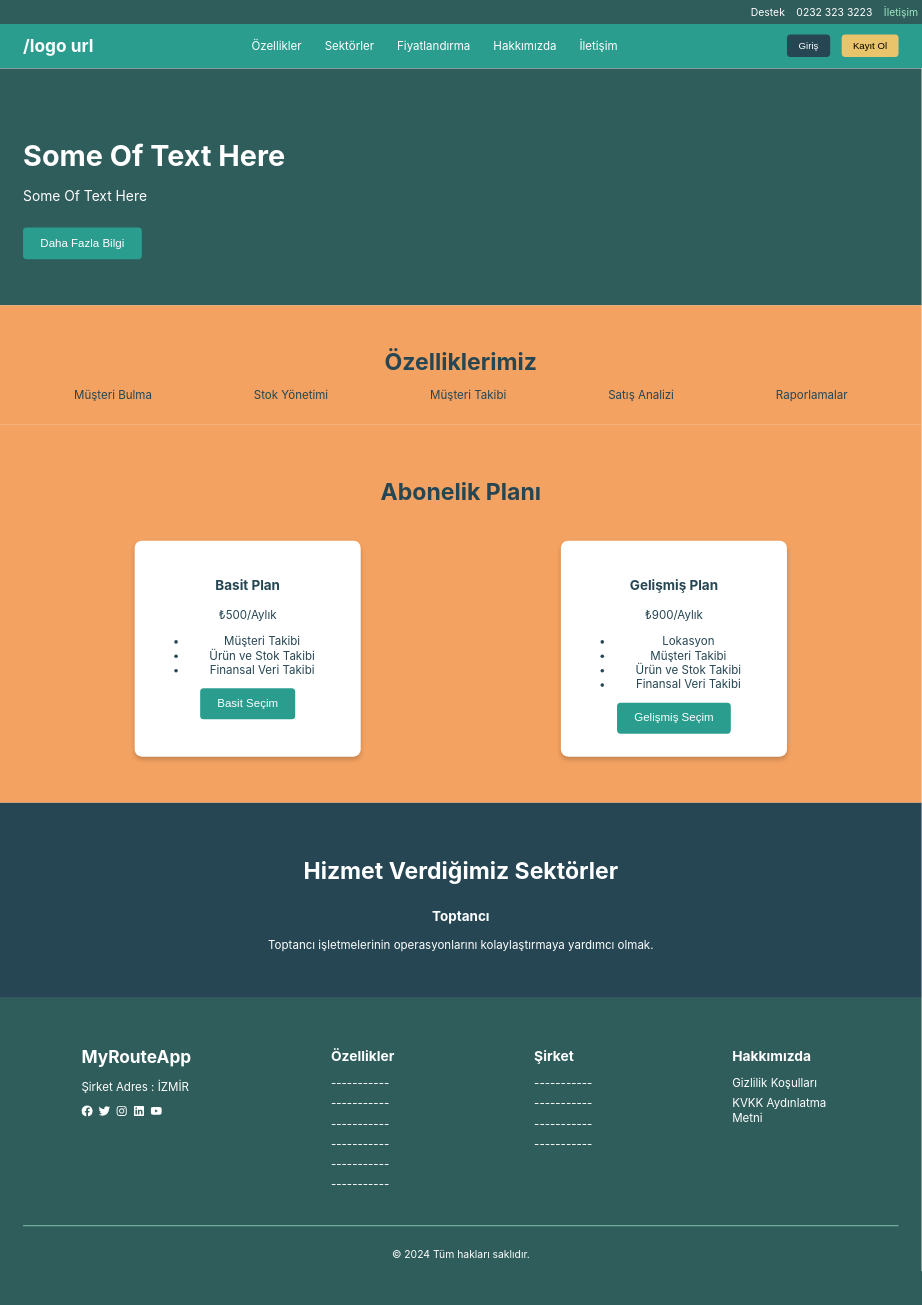
Repository: senolinanyasar/myrouteapplication
Page: /
These files come from the project's save history. The page is drawn as it stood at one moment and after the next save; the edit follows.
The browser window is 1280 px wide. The pictures show the whole page, at 72% of full size.
The project was rebuilt for these pictures with package versions that can differ from the ones it lists, and the page was loaded fresh each time. Also part of the build but not shown: vite.config.js.

Above is the page before, as saved 2024-11-14 19:46:40.

### src/App.js
import React from 'react';
import HomePage from './components/HomePage';

function App() {
  return (
    <div className="App">
      <HomePage/>
    </div>
  );
}

export default App;

### src/components/HomePage.js
// HomePage.js
import React from 'react';
import TopBar from './TopBar';
import Header from './Header';
import HeroSection from './HeroSection';
import FeaturesSection from './FeaturesSection';
import PricingSection from './PricingSection';
import IndustriesSection from './IndustriesSection';
import Footer from './Footer';

const HomePage = () => {
    return (
        <div>
            <TopBar />
            <Header />
            <HeroSection />
            <FeaturesSection />
            <PricingSection />
            <IndustriesSection />
            <Footer />
        </div>
    );
};

export default HomePage;

### src/components/TopBar.js
// TopBar.js
import React from 'react';
import './TopBar.css';

const TopBar = () => {
    return (
        <div className="top-bar">
            <div className="top-bar-content">
                <span>Destek</span>
                <span>0232 323 3223</span>
                <a href="#contact">İletişim</a>
            </div>
        </div>
    );
};

export default TopBar;

### src/components/Header.js
// Header.js
import React from 'react';
import './Header.css';

const Header = () => {
    return(
        <header className="header">
            <div className="header-logo">/logo url</div>
            <nav className="header-nav">
                <a href="#features">Özellikler</a>
                <a href="#industries">Sektörler</a>
                <a href="#pricing">Fiyatlandırma</a>
                <a href="#about">Hakkımızda</a>
                <a href='#contact'>İletişim</a>
            </nav>
            <div className="header-buttons">
                <button className="login-button">Giriş</button>
                <button className="register-button">Kayıt Ol</button>
            </div>
        </header>
    );
};


export default Header;

### src/components/HeroSection.js
// HeroSection.js
import React from 'react';
import './HeroSection.css';

const HeroSection = () =>{
    return(
        <section className="hero">
            <h1>Some Of Text Here</h1>
            <p>Some Of Text Here</p>
            <button className="cta-button">Daha Fazla Bilgi</button>
        </section>
    );
};

export default HeroSection;

### src/components/FeaturesSection.js
// FeaturesSection.js
import React from 'react';
import './FeaturesSection.css';

const FeaturesSection = () => {
    return (
        <section className="features">
            <h2>Özelliklerimiz</h2>
            <div className="features-list">
            <div className="feature-item">Müşteri Bulma</div>
            <div className="feature-item">Stok Yönetimi</div>
            <div className="feature-item">Müşteri Takibi</div>
            <div className="feature-item">Satış Analizi</div>
            <div className="feature-item">Raporlamalar</div>
            </div>
        </section>
    );
};

export default FeaturesSection;

### src/components/PricingSection.js
// PricingSection.js
import React from "react";
import './PricingSection.css';

const PricingSection = () => {
    return (
        <section className="pricing">
        <h2>Abonelik Planı</h2>
        <div className="pricing-cards">
          <div className="pricing-card">
            <h3>Basit Plan</h3>
            <p>₺500/Aylık</p>
            <ul>
              <li>Müşteri Takibi</li>
              <li>Ürün ve Stok Takibi</li>
              <li>Finansal Veri Takibi</li>
            </ul>
            <button className="cta-button">Basit Seçim</button>
          </div>
          <div className="pricing-card">
            <h3>Gelişmiş Plan</h3>
            <p>₺900/Aylık</p>
            <ul>
              <li>Lokasyon</li>
              <li>Müşteri Takibi</li>
              <li>Ürün ve Stok Takibi</li>
              <li>Finansal Veri Takibi</li>
            </ul>
            <button className="cta-button">Gelişmiş Seçim</button>
          </div>
          </div>
      </section>
    );
};

export default PricingSection;

### src/components/IndustriesSection.js
// IndustriesSection.js
import React from "react";
import './IndustriesSection.css';

const IndustriesSection = () => {
    return (
        <section className="industries">
            <h2>Hizmet Verdiğimiz Sektörler</h2>
            <div className="industry-cards">
                <div className="industry-card">
                    <h3>Toptancı</h3>
                    <p>Toptancı işletmelerinin operasyonlarını kolaylaştırmaya yardımcı olmak.</p>
                </div>
            </div>
        </section>
    );
};

export default IndustriesSection;

### src/components/Footer.js
// Footer.js

import React from 'react';
import './Footer.css';
import { FaFacebook, FaInstagram, FaLinkedin, FaTwitter, FaYoutube } from 'react-icons/fa';

const Footer = () => {
    return (
        <footer className="footer">
            <div className='footer-container'>
                {/* Logo ve Adres */}
                <div className='footer-logo-section'>
                    <h2 className='footer-logo'>MyRouteApp</h2>
                    <p>Şirket Adres : İZMİR</p>
                    <div className='social-icons'>
                        <FaFacebook />
                        <FaTwitter />
                        <FaInstagram />
                        <FaLinkedin />
                        <FaYoutube />
                    </div>
                </div>

                {/* Site Haritası */}
                <div className="footer-links">
                    <h3>Özellikler</h3>
                    <ul>
                        <li>-----------</li>
                        <li>-----------</li>
                        <li>-----------</li>
                        <li>-----------</li>
                        <li>-----------</li>
                        <li>-----------</li>
                    </ul>
                </div>

                <div className="footer-links">
                    <h3>Şirket</h3>
                    <ul>
                        <li>-----------</li>
                        <li>-----------</li>
                        <li>-----------</li>
                        <li>-----------</li>
                    </ul>
                </div>

                <div className="footer-links">
                    <h3>Hakkımızda</h3>
                    <ul>
                        <li>Gizlilik Koşulları</li>
                        <li>KVKK Aydınlatma Metni</li>
                    </ul>
                </div>
            </div>

            <div className="footer-bottom">
                <p>&copy; 2024 Tüm hakları saklıdır.</p>
            </div>
        </footer>
    );
};

export default Footer;

### src/components/TopBar.css
/* TopBar.css */

.top-bar {
    background-color: #2f5d5b;
    color: white;
    padding: 0.5rem;
    font-size: 0.9rem;
    display: flex;
    justify-content: center;
    position: fixed;
    top: 0;
    width: 99%;
    z-index: 1000;
}
.top-bar-content {
    display: flex;
    gap: 1rem;
    align-items: center;
    justify-content: flex-end;
    width: 100%;
}

.top-bar-content span{
    color: #ffffff;
}
.top-bar-content a{
    color: #9fe7c0;
    text-decoration: none;
    transition: color 0.3s;
}

.top-bar-content a:hover{
    color: #c3f2d0;
}

### src/components/Header.css
/* Header.css */
.header{
    display: flex;
    justify-content: space-between;
    align-items: center;
    padding: 1rem 2rem;
    background-color: #2a9d8f;
    color: white;
    margin-top: 2rem;
    position: sticky;
    top: 2rem;
    z-index: 999;
}


.header-logo {
    font-size: 1.5rem;
    font-weight: bold;
}
.header-nav a{
    margin: 0 1rem;
    color: white;
    text-decoration: none;
}
.header-nav a:hover {
    color: #e9c46a;
  }

.header-buttons button{
    margin-left: 1rem;
    padding: 0.5rem 1rem;
    border: none;
    border-radius: 5px;
}

.login-button{
    background-color: #264653;
    color: white;
}

.register-button{
    background-color: #e9c46a;
    color: black;
}

### src/components/HeroSection.css
.hero {
    padding: 4rem 2rem;
    background-color: #2f5d5b;
    color: white;

}

.hero-content {
    display: flex;
    align-items: center;
    justify-content: space-between;
    max-width: 1000px;
    margin: 0 auto;
}

.hero-text {
    flex: 1;
    margin-right: 2rem;
}

.hero h1 {
    font-size: 2.5rem;
    margin-bottom: 1rem;

}

.hero p {
    font-size: 1.2rem;
    margin-bottom: 2rem;

}

.cta-button {
    padding: 0.8rem 1.5rem;
    font-size: 1rem;
    color: #2f5d5b;
    background-color: #9fe7c0;
    border: none;
    border-radius: 5px;
    cursor: pointer;
    transition: background-color 0.3s ease;
}

.cta-button:hover {
    background-color: #c3f2d0;
}

.hero-image {
    flex: 1;
    max-width: 500px;
    height: auto;

}

.hero-image img {
    width: 100%;
    height: auto;
    object-fit: cover;
    border-radius: 10px;
}

### src/components/FeaturesSection.css
/* FeaturesSection.css */
.features {
    padding: 2rem;
    background-color: #f4a261;
    color: #264653;
    text-align: center;
}

.features h2 {
    font-size: 2rem;
    margin-bottom: 1rem;
}

.features-list {
    display: flex;
    justify-content: space-around;
    flex-wrap: wrap;
}

.features-item{
    background-color: white;
    padding: 1.5rem;
    margin: 1rem;
    border-radius: 10px;
    width: 200px;
    box-shadow: 0px 4px 8px rgba(0, 0, 0, 0.2);
    transition: transform 0.2s ease-in-out;
}

.features-item:hover{
    transform: translateY(-5px);
}

### src/components/PricingSection.css
/* PricingSection.css */

.pricing{
    padding: 3rem;
    background-color: #f4a261;
    color: #264653;
    text-align: center;
}

.pricing h2{
    font-size: 2rem;
    margin-bottom: 2rem;
}

.pricing-cards {
    display: flex;
    justify-content: space-around;
    flex-wrap: wrap;
}

.pricing-card {
    background-color: white;
    padding: 2rem;
    border-radius: 10px;
    width: 250px;
    margin: 1rem;
    box-shadow: 0px 4px 8px  rgba(0, 0, 0, 0.2);
    transition: transform 0.3s ease;
}

.pricing-card:hover{
    transform: scale(1.05);
}

.cta-button{
    padding: 0.8rem 1.5rem;
    font-size: 1rem;
    color: white;
    background-color: #2a9d8f;
    border: none;
    border-radius: 5px;
    cursor: pointer;
    transition: background-color 0.3s ease;
}

.cta-button:hover{
    background-color: #e76f51;
}

### src/components/IndustriesSection.css
/* IndustriesSection.css */

.industries {
    padding: 3rem;
    background-color: #264653;
    color: white;
    text-align: center;
}

.industries h2{
    font-size: 2rem;
    margin-bottom: 2rem;
}

.industries-cards{
    display: flex;
    justify-content: space-around;
    flex-wrap: wrap;
}

.industries-card{
    background-color: #2a9d8f;
    padding: 1.5rem;
    border-radius: 10px;
    width: 250px;
    margin: 1rem;
    box-shadow: 0px 4px 8px rgba(0, 0, 0, 0,2);
    transition: transform 0.3s ease;
}

.industries-card:hover{
    transform: translateY(-5px);
}

### src/components/Footer.css
/* Footer.css */

.footer {
    background-color: #2f5d5b;
    color: white;
    padding: 3rem 2rem;
}
.footer-container{
    display: flex;
    flex-wrap: wrap;
    justify-content: space-around;
    gap: 2rem;
}

.footer-logo-seciton{
    max-width: 200px;
}

.footer-logo{
    font-size: 1.5rem;
    margin-bottom: 1rem;
}
.footer-logo-seciton p{
    margin-bottom: 1rem;
}
.social-icons{
    display: flex;
    gap: 0.5rem;
}
.social-icons svg:hover{
    color: #9fe7c0;
}
.footer-links{
    max-width: 150px;
}
.footer-links h3{
    font-size: 1.2rem;
    margin-bottom: 1rem;
}
.footer-links ul{
    list-style: none;
    padding: 0;
}
.footer-links ul li {
    margin-bottom: 0.5rem;
    cursor: pointer;
    transition: color 0.3s;
}
.footer-links ul li:hover{
    color: #9fe7c0;
}

.footer-bottom {
    text-align: center;
    margin-top: 2rem;
    font-size: 0.9rem;
    border-top: 1px solid #9fe7c0;
    padding-top: 1rem;
}

Loaded but not shown: public/index.html (common file); src/index.js (common file); src/index.css (common file); src/reportWebVitals.js (common file)

After the next save:
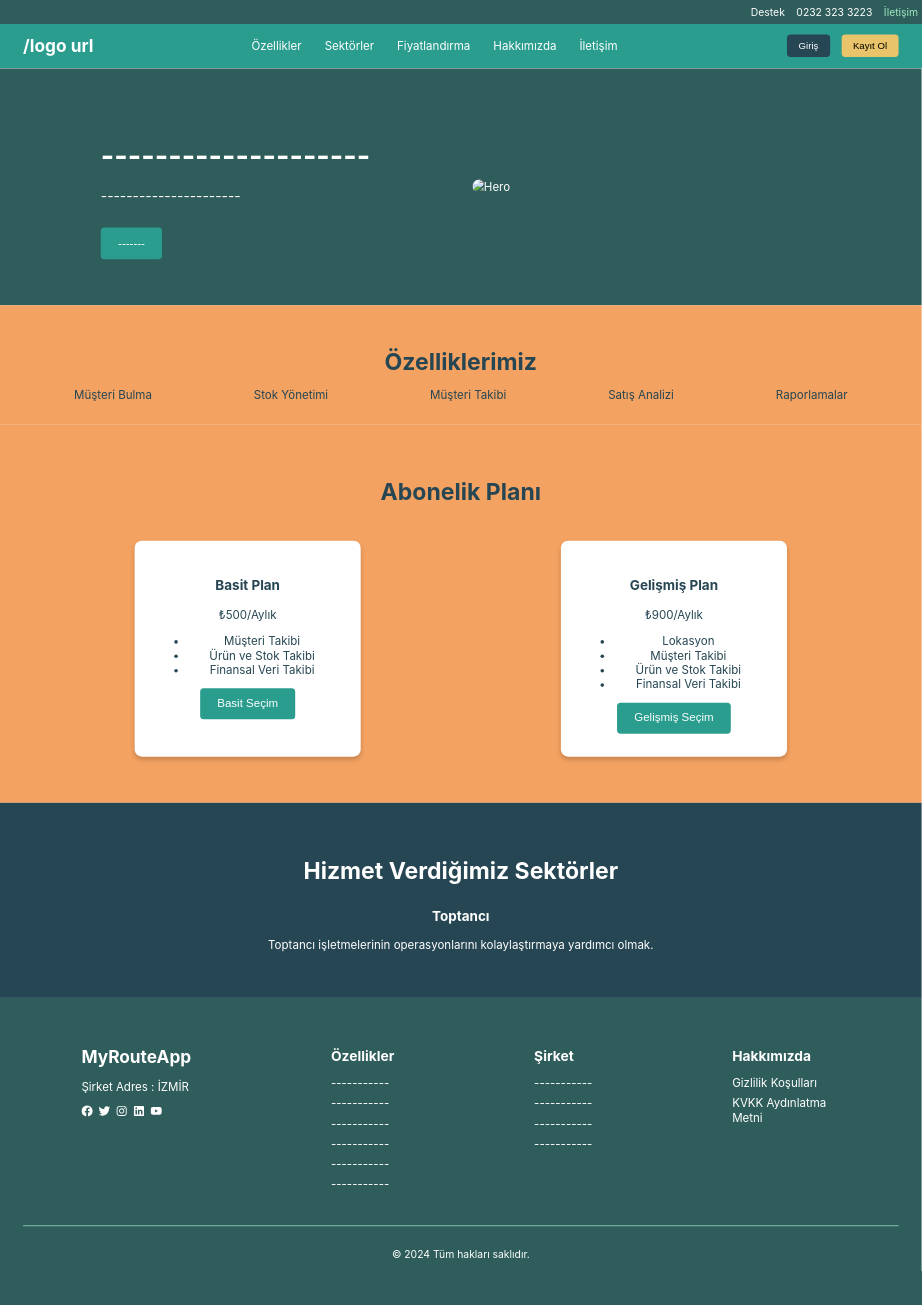
Saved 5 s later.
--- a/src/components/HeroSection.js
+++ b/src/components/HeroSection.js
@@ -5,9 +5,16 @@ import './HeroSection.css';
 const HeroSection = () =>{
     return(
         <section className="hero">
-            <h1>Some Of Text Here</h1>
-            <p>Some Of Text Here</p>
-            <button className="cta-button">Daha Fazla Bilgi</button>
+            <div className='hero-content'>
+                <div className='hero-text'>
+                    <h1>--------------------</h1>
+                    <p>----------------------</p>
+                    <button className='cta-button'>-------</button>
+                </div>
+                <div className='hero-image'>
+                    <img src='' alt="Hero"/>
+                </div>
+            </div>
         </section>
     );
 };
